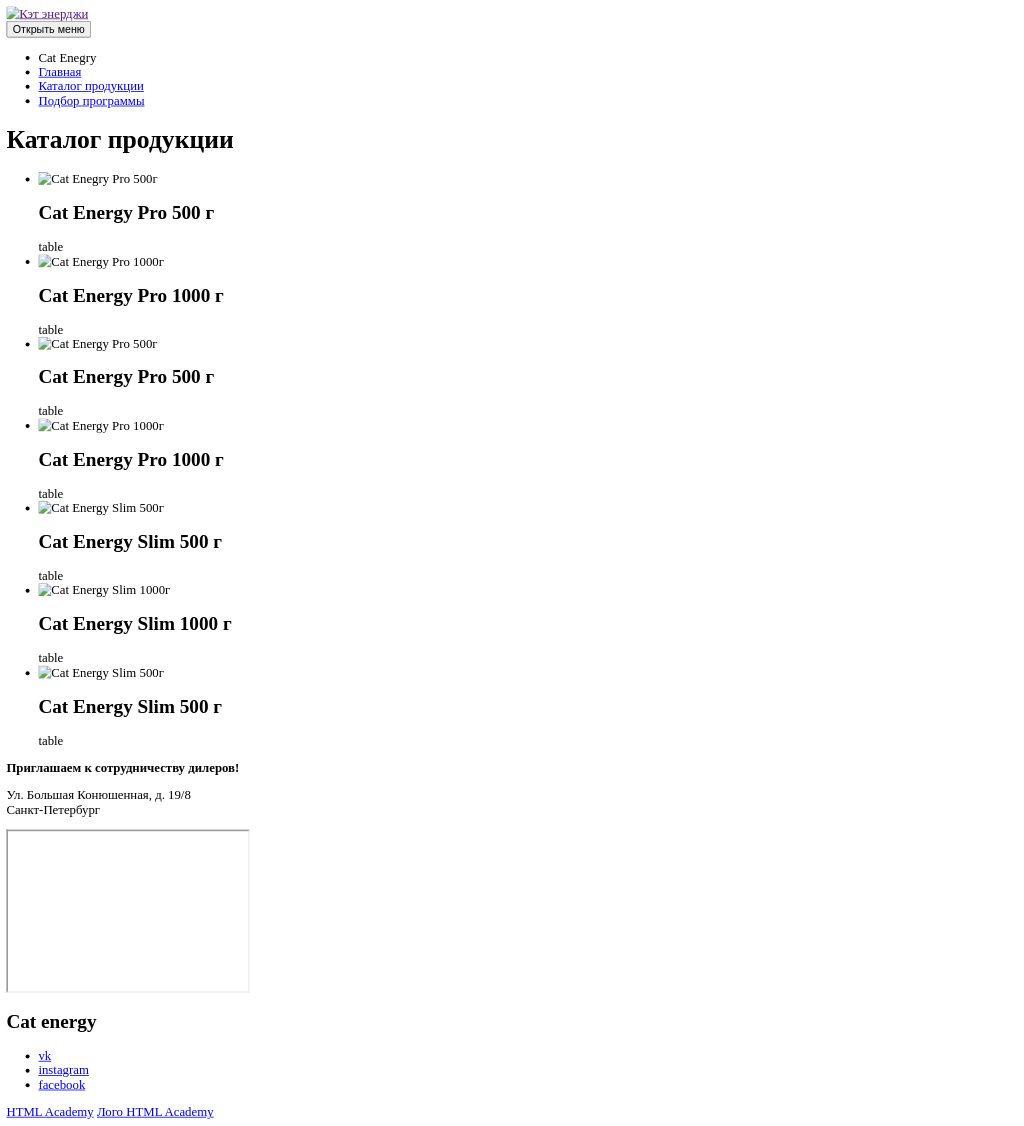
Repository: infernotw/1054987-cat-energy-17
Page: source/catalog.html
The author's editor kept a copy of each file at every save. The page is drawn from the files as they stood at one save, then again after the next save.
The browser window is 1280 px wide. The pictures show the whole page, at 80% of full size.

Above is the page before, as saved 2019-07-17 05:11:54.

### source/catalog.html
<!DOCTYPE html>
<html lang="ru">

<head>
  <meta charset="utf-8">
  <title>HTML Academy: Кэт энерджи</title>
</head>

<body>

  <header class="page-header">
    <a href="" class="page-header__logo">
      <img src="#" alt="Кэт энерджи" width="" height="" class="page-header__logo-image">
    </a>
    <nav class="main-nav">
      <button class="main-nav__toggle" type="button">Открыть меню</button>
      <div class="main-nav__wrapper">
        <ul class="main-nav__list site-list">
          <li class="site-list__item">
            <a class="site-list__item site-list__item--active">Cat Enegry</a>
          </li>
          <li class="site-list__item">
            <a href="#">Главная</a>
          </li>
          <li class="site-list__item">
            <a href="catalog.html">Каталог продукции</a>
          </li>
          <li class="site-list__item">
            <a href="form.html">Подбор программы</a>
          </li>
        </ul>
      </div>
    </nav>
  </header>

  <main class="page-main">
    <h1 class="page-main__title">Каталог продукции</h1>
    <section class="catalog">
      <div class="catalog__wrapper">
        <ul class="catalog__list">
          <li class="catalog__item">
            <img src="#" alt="Cat Enegry Pro 500г" class="catalog__img">
            <h2 class="catalog__name">Cat Energy Pro 500 г</h2>
            table
          </li>
          <li class="catalog__item">
            <img src="#" alt="Cat Energy Pro 1000г" class="catalog__img">
            <h2 class="catalog__name">Cat Energy Pro 1000 г</h2>
            table
          </li>
          <li class="catalog__item">
            <img src="#" alt="Cat Energy Pro 500г" class="catalog__img">
            <h2 class="catalog__name">Cat Energy Pro 500 г</h2>
            table
          </li>
          <li class="catalog__item">
            <img src="#" alt="Cat Energy Pro 1000г" class="catalog__img">
            <h2 class="catalog__name">Cat Energy Pro 1000 г</h2>
            table
          </li>
          <li class="catalog__item">
            <img src="#" alt="Cat Energy Slim 500г" class="catalog__img">
            <h2 class="catalog__name">Cat Energy Slim 500 г</h2>
            table
          </li>
          <li class="catalog__item">
            <img src="#" alt="Cat Energy Slim 1000г" class="catalog__img">
            <h2 class="catalog__name">Cat Energy Slim 1000 г</h2>
            table
          </li>
          <li class="catalog__item">
            <img src="#" alt="Cat Energy Slim 500г" class="catalog__img">
            <h2 class="catalog__name">Cat Energy Slim 500 г</h2>
            table
          </li>
        </ul>

      </div>
    </section>


  </main>

  <footer class="page-footer">
    <div class="page-footer__wrapper">
      <div class="page-footer__contacts contacts">
        <b class="contacts__title">Приглашаем к сотрудничеству дилеров!</b>
        <p class="contacts__text">Ул. Большая Конюшенная, д. 19/8<br>Санкт-Петербург</p>
        <div class="contacts__map">
          <iframe src="https://yandex.ru/map-widget/v1/-/CCwfVC62" width="300" height="200"></iframe>
        </div>
      </div>
      <div class="page-footer__social social">
        <h2 class="social__title">Cat energy</h2>
        <ul class="social__list">
          <li class="social__item">
            <a href="#" class="social__link social__link--vk">vk</a>
          </li>
          <li class="social__item">
            <a href="#" class="social__link social__link--instagram">instagram</a>
          </li>
          <li class="social__item">
            <a href="#" class="social__link social__link--facebook">facebook</a>
          </li>
        </ul>
      </div>
      <div class="page-footer__copyright copyright">
        <a href="#" class="copyright__link">HTML Academy</a>
        <a href="#" class="copyright__link">Лого HTML Academy</a>
      </div>
    </div>
  </footer>

</body>

</html>

After the next save:
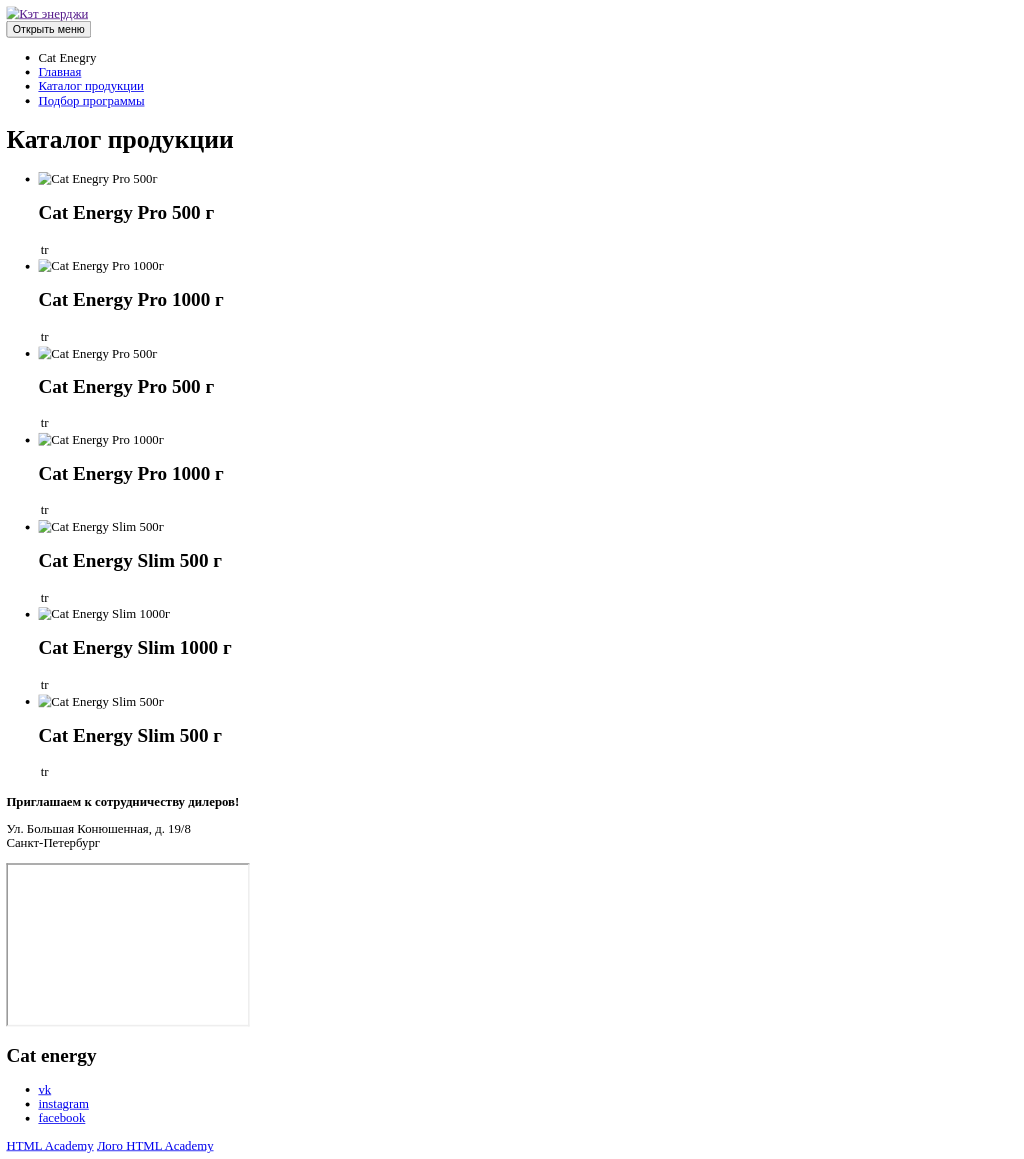
Saved 34 s later.
--- a/source/catalog.html
+++ b/source/catalog.html
@@ -41,37 +41,65 @@
           <li class="catalog__item">
             <img src="#" alt="Cat Enegry Pro 500г" class="catalog__img">
             <h2 class="catalog__name">Cat Energy Pro 500 г</h2>
-            table
+            <table class="catalog__about">
+              <td>
+                tr
+              </td>
+            </table>
           </li>
           <li class="catalog__item">
             <img src="#" alt="Cat Energy Pro 1000г" class="catalog__img">
             <h2 class="catalog__name">Cat Energy Pro 1000 г</h2>
-            table
+            <table class="catalog__about">
+              <td>
+                tr
+              </td>
+            </table>
           </li>
           <li class="catalog__item">
             <img src="#" alt="Cat Energy Pro 500г" class="catalog__img">
             <h2 class="catalog__name">Cat Energy Pro 500 г</h2>
-            table
+            <table class="catalog__about">
+              <td>
+                tr
+              </td>
+            </table>
           </li>
           <li class="catalog__item">
             <img src="#" alt="Cat Energy Pro 1000г" class="catalog__img">
             <h2 class="catalog__name">Cat Energy Pro 1000 г</h2>
-            table
+            <table class="catalog__about">
+              <td>
+                tr
+              </td>
+            </table>
           </li>
           <li class="catalog__item">
             <img src="#" alt="Cat Energy Slim 500г" class="catalog__img">
             <h2 class="catalog__name">Cat Energy Slim 500 г</h2>
-            table
+            <table class="catalog__about">
+              <td>
+                tr
+              </td>
+            </table>
           </li>
           <li class="catalog__item">
             <img src="#" alt="Cat Energy Slim 1000г" class="catalog__img">
             <h2 class="catalog__name">Cat Energy Slim 1000 г</h2>
-            table
+            <table class="catalog__about">
+              <td>
+                tr
+              </td>
+            </table>
           </li>
           <li class="catalog__item">
             <img src="#" alt="Cat Energy Slim 500г" class="catalog__img">
             <h2 class="catalog__name">Cat Energy Slim 500 г</h2>
-            table
+            <table class="catalog__about">
+              <td>
+                tr
+              </td>
+            </table>
           </li>
         </ul>
 

After the save that followed:
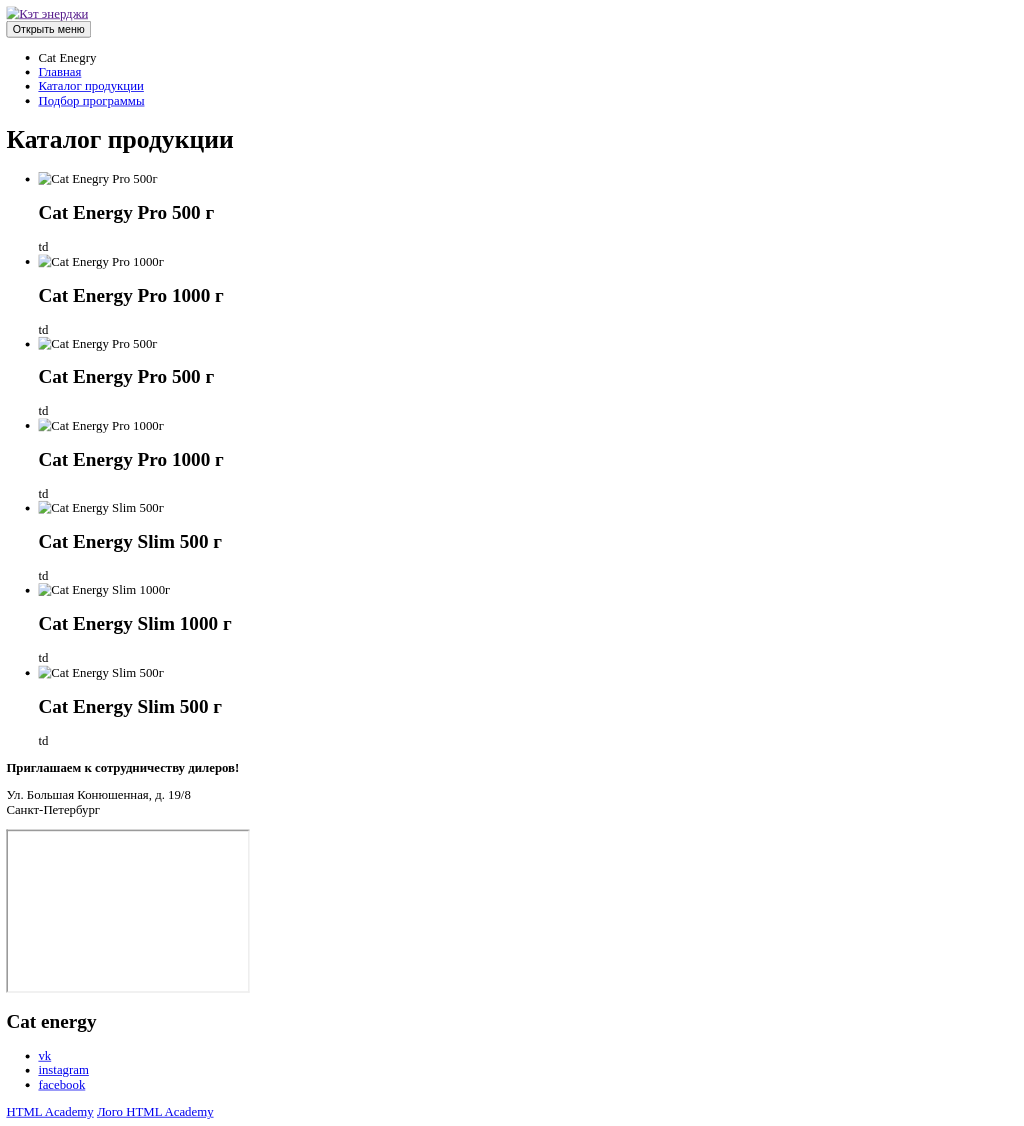
Saved 10 s later.
--- a/source/catalog.html
+++ b/source/catalog.html
@@ -42,63 +42,63 @@
             <img src="#" alt="Cat Enegry Pro 500г" class="catalog__img">
             <h2 class="catalog__name">Cat Energy Pro 500 г</h2>
             <table class="catalog__about">
-              <td>
-                tr
-              </td>
+              <tr>
+                td
+              </tr>
             </table>
           </li>
           <li class="catalog__item">
             <img src="#" alt="Cat Energy Pro 1000г" class="catalog__img">
             <h2 class="catalog__name">Cat Energy Pro 1000 г</h2>
             <table class="catalog__about">
-              <td>
-                tr
-              </td>
+              <tr>
+                td
+              </tr>
             </table>
           </li>
           <li class="catalog__item">
             <img src="#" alt="Cat Energy Pro 500г" class="catalog__img">
             <h2 class="catalog__name">Cat Energy Pro 500 г</h2>
             <table class="catalog__about">
-              <td>
-                tr
-              </td>
+              <tr>
+                td
+              </tr>
             </table>
           </li>
           <li class="catalog__item">
             <img src="#" alt="Cat Energy Pro 1000г" class="catalog__img">
             <h2 class="catalog__name">Cat Energy Pro 1000 г</h2>
             <table class="catalog__about">
-              <td>
-                tr
-              </td>
+              <tr>
+                td
+              </tr>
             </table>
           </li>
           <li class="catalog__item">
             <img src="#" alt="Cat Energy Slim 500г" class="catalog__img">
             <h2 class="catalog__name">Cat Energy Slim 500 г</h2>
             <table class="catalog__about">
-              <td>
-                tr
-              </td>
+              <tr>
+                td
+              </tr>
             </table>
           </li>
           <li class="catalog__item">
             <img src="#" alt="Cat Energy Slim 1000г" class="catalog__img">
             <h2 class="catalog__name">Cat Energy Slim 1000 г</h2>
             <table class="catalog__about">
-              <td>
-                tr
-              </td>
+              <tr>
+                td
+              </tr>
             </table>
           </li>
           <li class="catalog__item">
             <img src="#" alt="Cat Energy Slim 500г" class="catalog__img">
             <h2 class="catalog__name">Cat Energy Slim 500 г</h2>
             <table class="catalog__about">
-              <td>
-                tr
-              </td>
+              <tr>
+                td
+              </tr>
             </table>
           </li>
         </ul>
